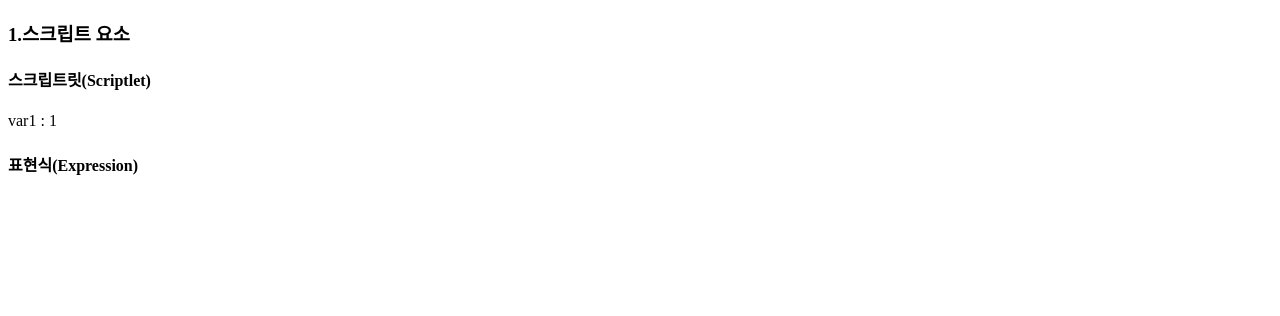
Repository: SangKyuuu/Jsp
Page: http://localhost/ch02/1_Scriptlet.jsp
An editor plug-in stored every save of this project. The page is shown before and after the next save, followed by the edit.
The browser window is 1280 px wide. The pictures show the whole page.
The page is served by Tomcat 9. Other server files are loaded and not shown.

Above is the page before, as saved 2025-07-28 01:20:55.

### ch02/src/main/webapp/1_Scriptlet.jsp
<%@ page contentType="text/html; charset=UTF-8" pageEncoding="UTF-8"%>
<!DOCTYPE html>
<html>
	<head>
		<meta charset="UTF-8">
		<title>1.스크립트릿</title>
		<!--
			25/07/28
			최상규
			스크립트 요소 기본
		 -->
	</head>
	<body>
		<h3>1.스크립트 요소</h3>

		<h4>스크립트릿(Scriptlet)</h4>
		<%
			//스크립트릿(자바 프로그래밍 스코프)
			int var1 = 1;
			boolean var2 = true;
			double var3 = 3.14;
			String var4 = "Hello";

			//브라우저 출력
			out.println("<p>var1 : " + var1 + " </p>");

		%>
		<h4>표현식(Expression)</h4>

	</body>
</html>

After the next save:
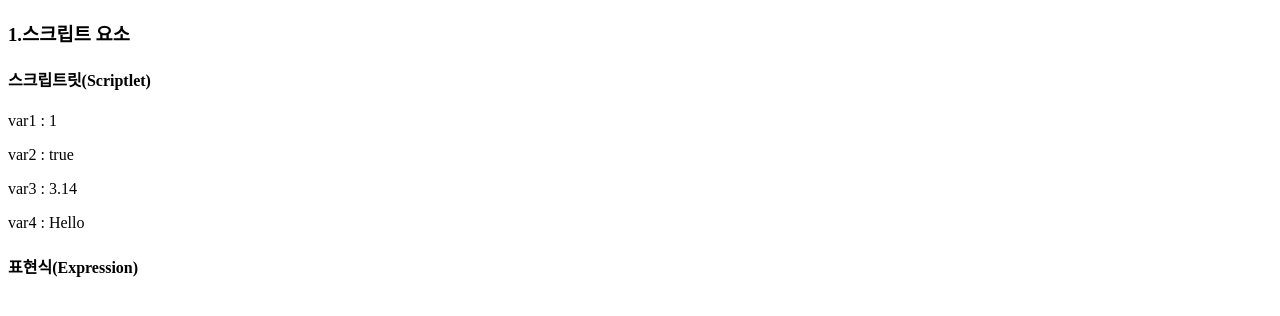
Saved 12 s later.
--- a/ch02/src/main/webapp/1_Scriptlet.jsp
+++ b/ch02/src/main/webapp/1_Scriptlet.jsp
@@ -23,6 +23,9 @@
 
 			//브라우저 출력
 			out.println("<p>var1 : " + var1 + " </p>");
+			out.println("<p>var2 : " + var2 + " </p>");
+			out.println("<p>var3 : " + var3 + " </p>");
+			out.println("<p>var4 : " + var4 + " </p>");
 
 		%>
 		<h4>표현식(Expression)</h4>
